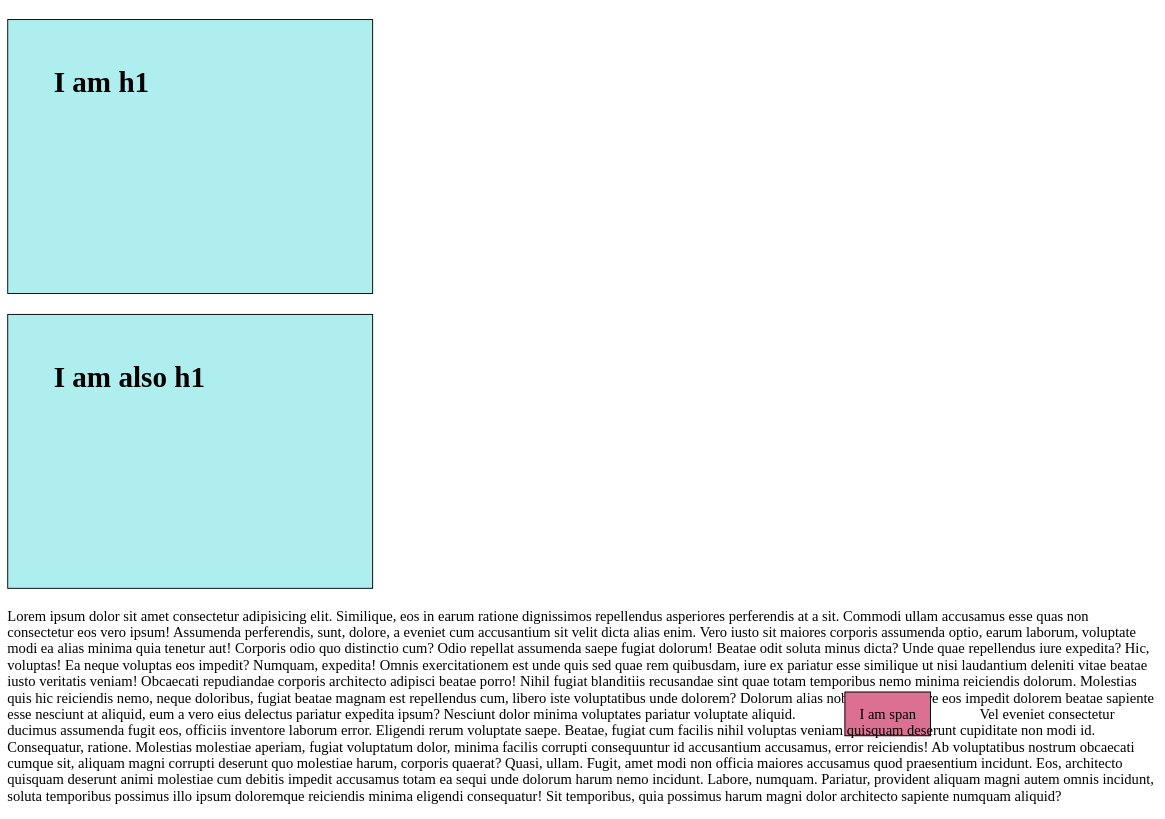
Repository: zhFIsHappy/UdemyFullStack
Page: app2.html
The author's editor kept a copy of each file at every save. The page is drawn from the files as they stood at one save, then again after the next save.
The browser window is 1280 px wide. The pictures show the whole page, at 91% of full size.

Above is the page before, as saved 2022-03-24 11:06:26.

### app2.html
   <!DOCTYPE html>
   <html lang="en">
   <head>
       <meta charset="UTF-8">
       <meta http-equiv="X-UA-Compatible" content="IE=edge">
       <meta name="viewport" content="width=device-width, initial-scale=1.0">
       <title>Document</title>
       <link rel ="stylesheet" href="app2.css">
   </head>
   <body>
       <h1>I am h1</h1>
        <h1>I am also h1</h1>
       <p>Lorem ipsum dolor sit amet consectetur adipisicing elit. Similique, eos in earum ratione dignissimos repellendus asperiores perferendis at a sit. Commodi ullam accusamus esse quas non consectetur eos vero ipsum!
       Assumenda perferendis, sunt, dolore, a eveniet cum accusantium sit velit dicta alias enim. Vero iusto sit maiores corporis assumenda optio, earum laborum, voluptate modi ea alias minima quia tenetur aut!
       Corporis odio quo distinctio cum? Odio repellat assumenda saepe fugiat dolorum! Beatae odit soluta minus dicta? Unde quae repellendus iure expedita? Hic, voluptas! Ea neque voluptas eos impedit? Numquam, expedita!
       Omnis exercitationem est unde quis sed quae rem quibusdam, iure ex pariatur esse similique ut nisi laudantium deleniti vitae beatae iusto veritatis veniam! Obcaecati repudiandae corporis architecto adipisci beatae porro!
       Nihil fugiat blanditiis recusandae sint quae totam temporibus nemo minima reiciendis dolorum. Molestias quis hic reiciendis nemo, neque doloribus, fugiat beatae magnam est repellendus cum, libero iste voluptatibus unde dolorem?
       Dolorum alias nobis iure id facere eos impedit dolorem beatae sapiente esse nesciunt at aliquid, eum a vero eius delectus pariatur expedita ipsum? Nesciunt dolor minima voluptates pariatur voluptate aliquid.
       <span>I am span</span>
       Vel eveniet consectetur ducimus assumenda fugit eos, officiis inventore laborum error. Eligendi rerum voluptate saepe. Beatae, fugiat cum facilis nihil voluptas veniam quisquam deserunt cupiditate non modi id. Consequatur, ratione.
       Molestias molestiae aperiam, fugiat voluptatum dolor, minima facilis corrupti consequuntur id accusantium accusamus, error reiciendis! Ab voluptatibus nostrum obcaecati cumque sit, aliquam magni corrupti deserunt quo molestiae harum, corporis quaerat?
       Quasi, ullam. Fugit, amet modi non officia maiores accusamus quod praesentium incidunt. Eos, architecto quisquam deserunt animi molestiae cum debitis impedit accusamus totam ea sequi unde dolorum harum nemo incidunt.
       Labore, numquam. Pariatur, provident aliquam magni autem omnis incidunt, soluta temporibus possimus illo ipsum doloremque reiciendis minima eligendi consequatur! Sit temporibus, quia possimus harum magni dolor architecto sapiente numquam aliquid?</p>
   </body>
   </html>

### app2.css
/*display */
span{
    background-color: palevioletred;
    border: 1px solid black;
    width: 500px;
    padding: 15px;
    margin:50px;
}
h1{
    background-color: paleturquoise;
    border: 1px solid black;
    width:300px;
    height:200px;
    padding: 50px;
    margin:
}

After the next save:
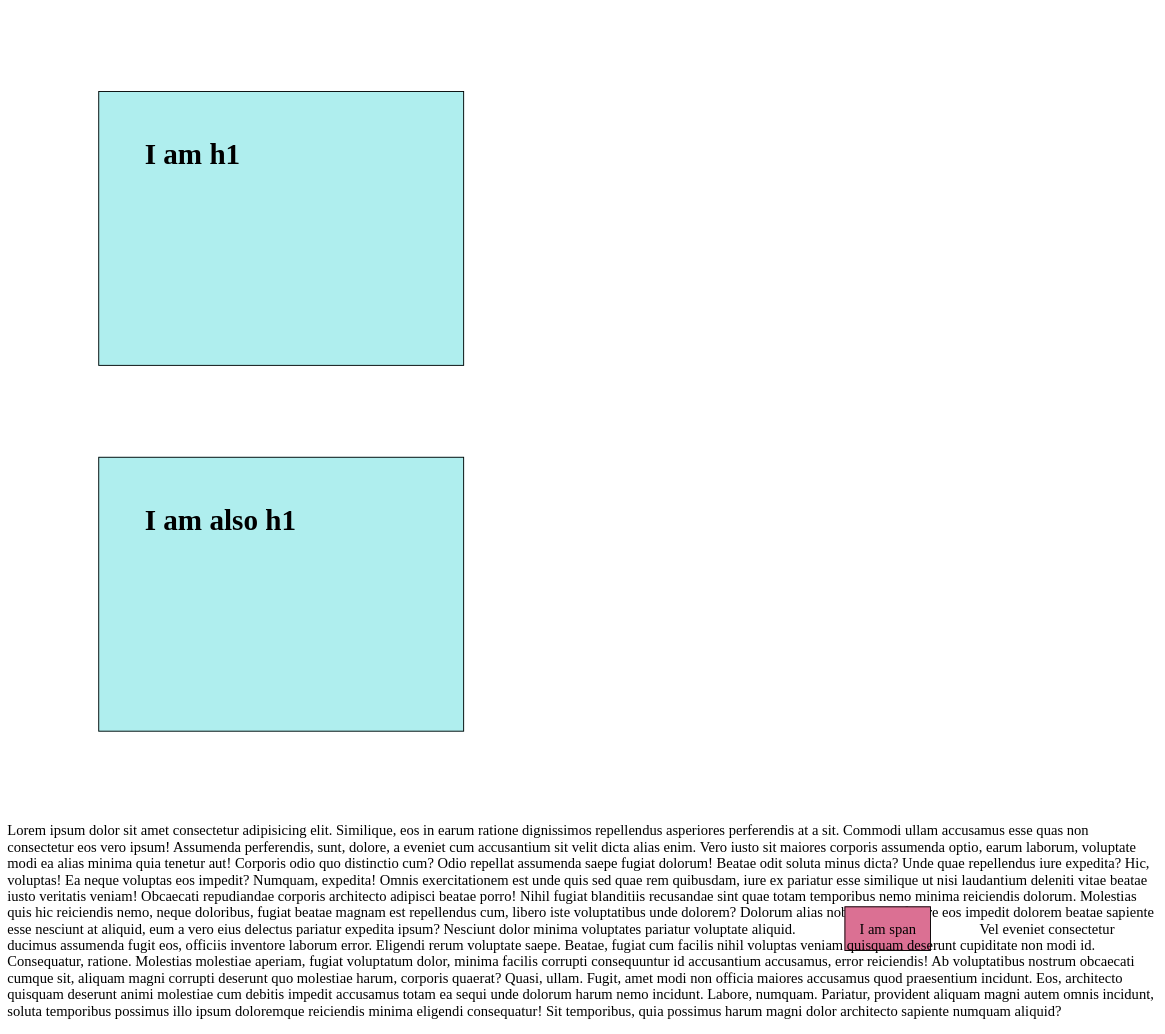
Saved 5 s later.
--- a/app2.css
+++ b/app2.css
@@ -12,5 +12,5 @@ h1{
     width:300px;
     height:200px;
     padding: 50px;
-    margin:
+    margin: 100px;
 }
